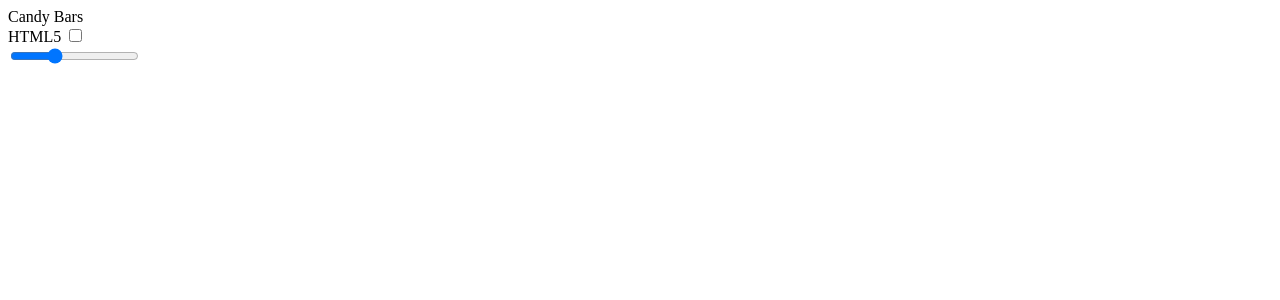
Repository: geof379/phoenix
Page: www/templates/setting.html
These files come from the project's save history. The page is drawn as it stood at one moment and after the next save; the edit follows.
The browser window is 1280 px wide. The pictures show the whole page.

Above is the page before, as saved 2017-04-17 13:33:14.

After the next save:
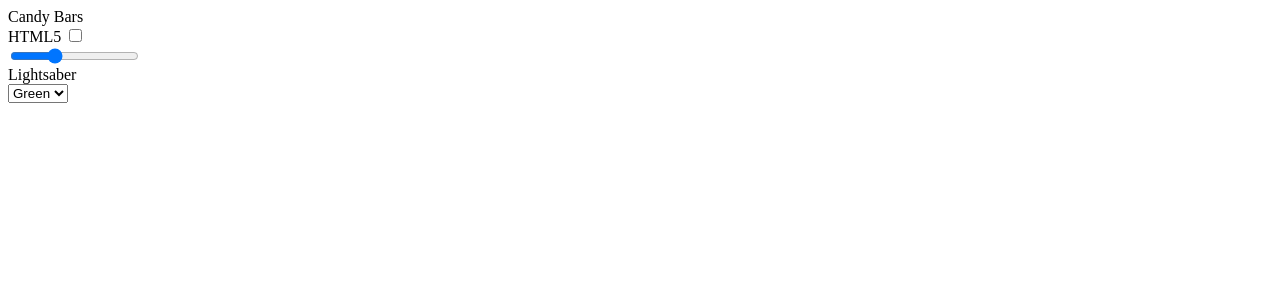
Saved 12 min 58 s later.
--- a/www/templates/setting.html
+++ b/www/templates/setting.html
@@ -17,5 +17,15 @@
                 <input type="range" name="volume" min="0" max="100" value="33">
                 <i class="icon ion-ios-sunny"></i>
             </div>
+            <label class="item item-input item-select">
+    <div class="input-label">
+      Lightsaber
+    </div>
+    <select>
+      <option>Blue</option>
+      <option selected>Green</option>
+      <option>Red</option>
+    </select>
+  </label>
     </ion-content>
 </ion-view>
